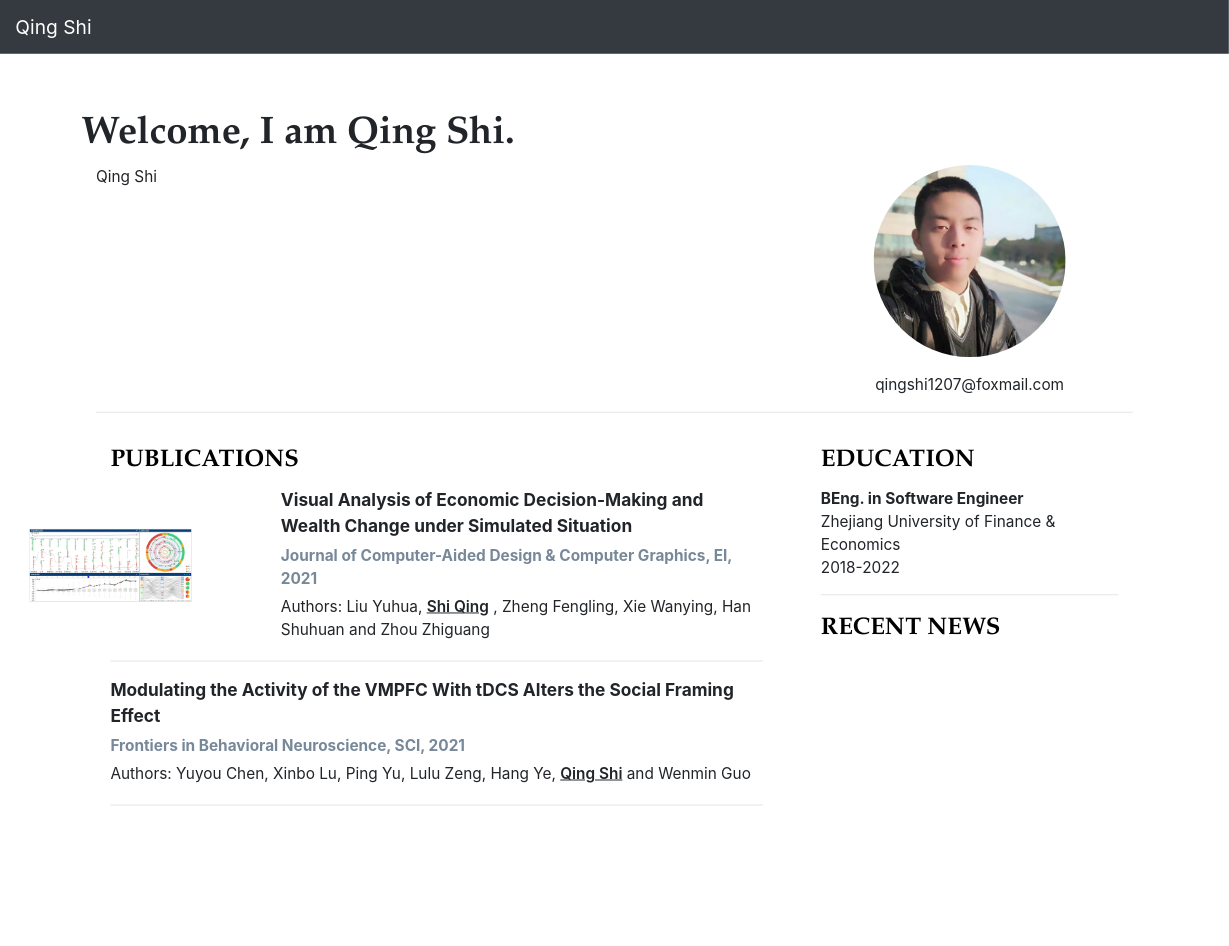
Repository: sqsssq/webpage
Page: index.html
An editor plug-in stored every save of this project. The page is shown before and after the next save, followed by the edit.
The browser window is 1280 px wide. The pictures show the whole page, at 96% of full size.
Some web libraries are served in a nearby version.

Above is the page before, as saved 2022-03-28 11:59:42.

After the next save:
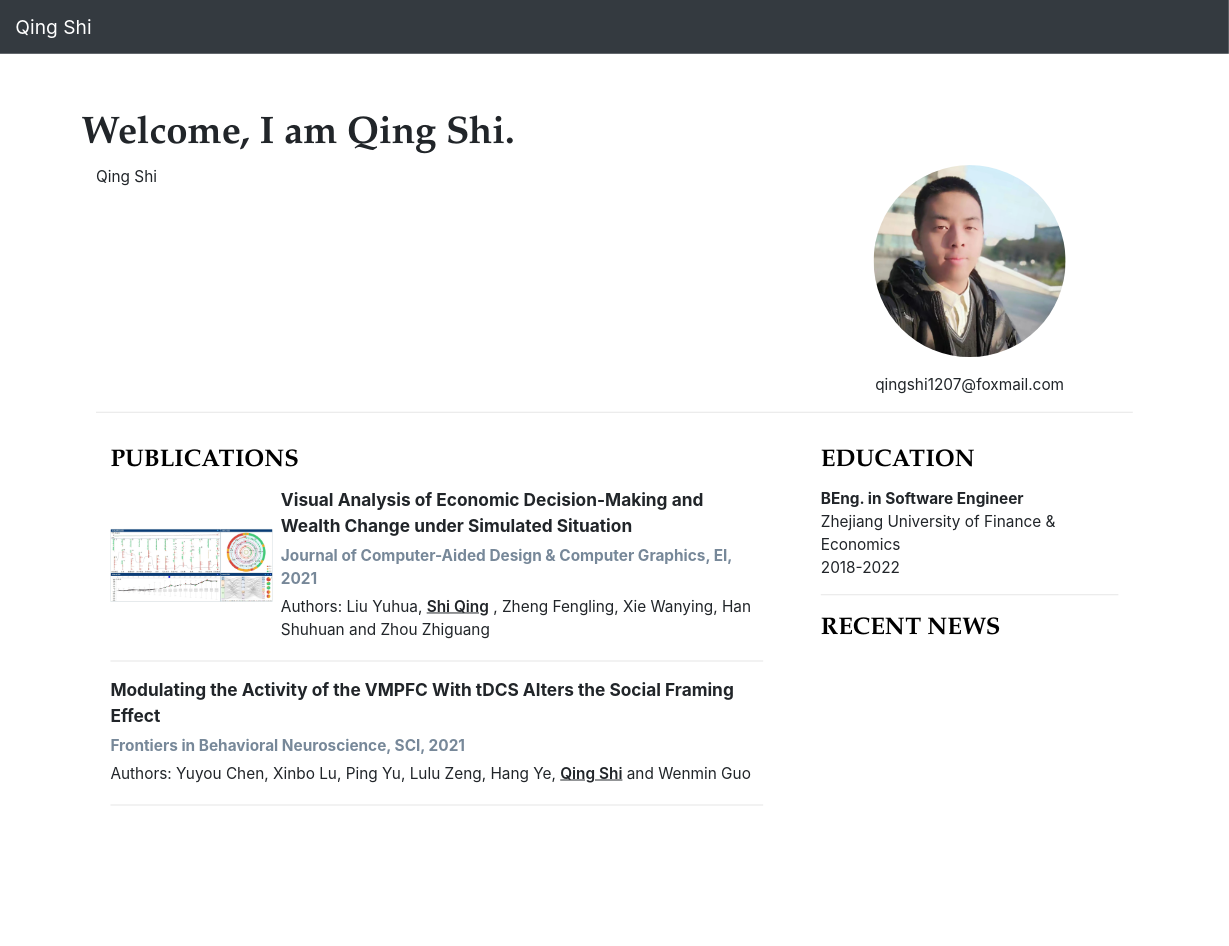
Saved 9 s later.
--- a/css/index.css
+++ b/css/index.css
@@ -117,7 +117,7 @@ body {
     width: 95%;
     position: absolute;
     top: 50%;
-    transform: translate(-50%, -50%);
+    transform: translate(0%, -50%);
     /* margin: auto; */
 }
 
